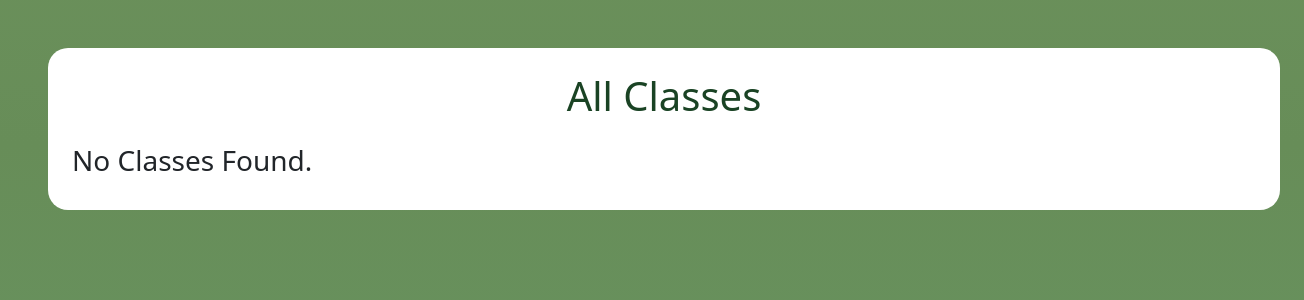
Repository: ronetteguevara/CalTech-ZumbaApp
Page: http://localhost/ZumbaApp/ViewClasses.jsp
These files come from the project's save history. The page is drawn as it stood at one moment and after the next save; the edit follows.
The browser window is 1280 px wide. The page is 1304 px wide, so the pictures cover 1304 px, including what lies to the right of the window. The pictures show the whole page.
The page is served by Tomcat 10. Queries for data that is not in the repository find no rows.

Above is the page before, as saved 2024-05-03 01:53:29.

After the next save:
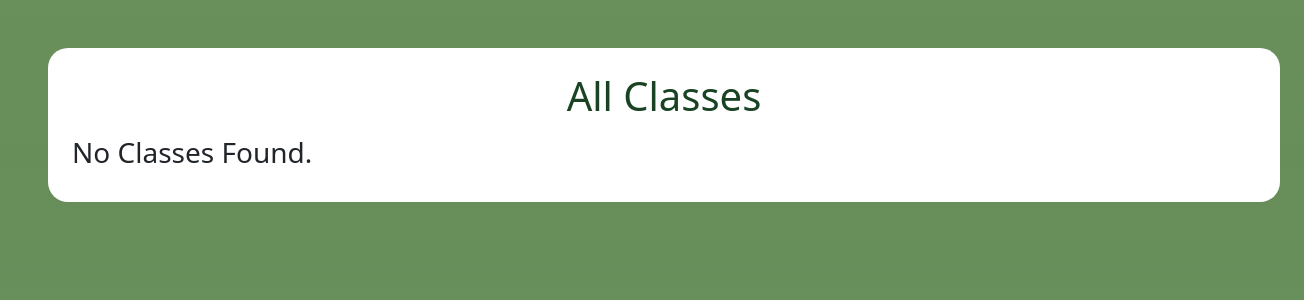
Saved 11 s later.
--- a/ZumbaApp/ZumbaApp/src/main/webapp/ViewClasses.jsp
+++ b/ZumbaApp/ZumbaApp/src/main/webapp/ViewClasses.jsp
@@ -10,7 +10,7 @@
 
         <div class="my-4 mx-4 d-flex justify-content-center col-xl-12 col-lg-12 col-md-12 col-sm-12 col-12">
         <div class="container-fluid mx-4 my-4 px-4 py-4 justify-content-center" style="background-color: white; border-radius: 20px;">
-        <h1 class="mb-4" style="text-align: center;">All Classes</h1>
+        <h1 class="mb-3" style="text-align: center;">All Classes</h1>
 
         <%
             DB db = new DB();
